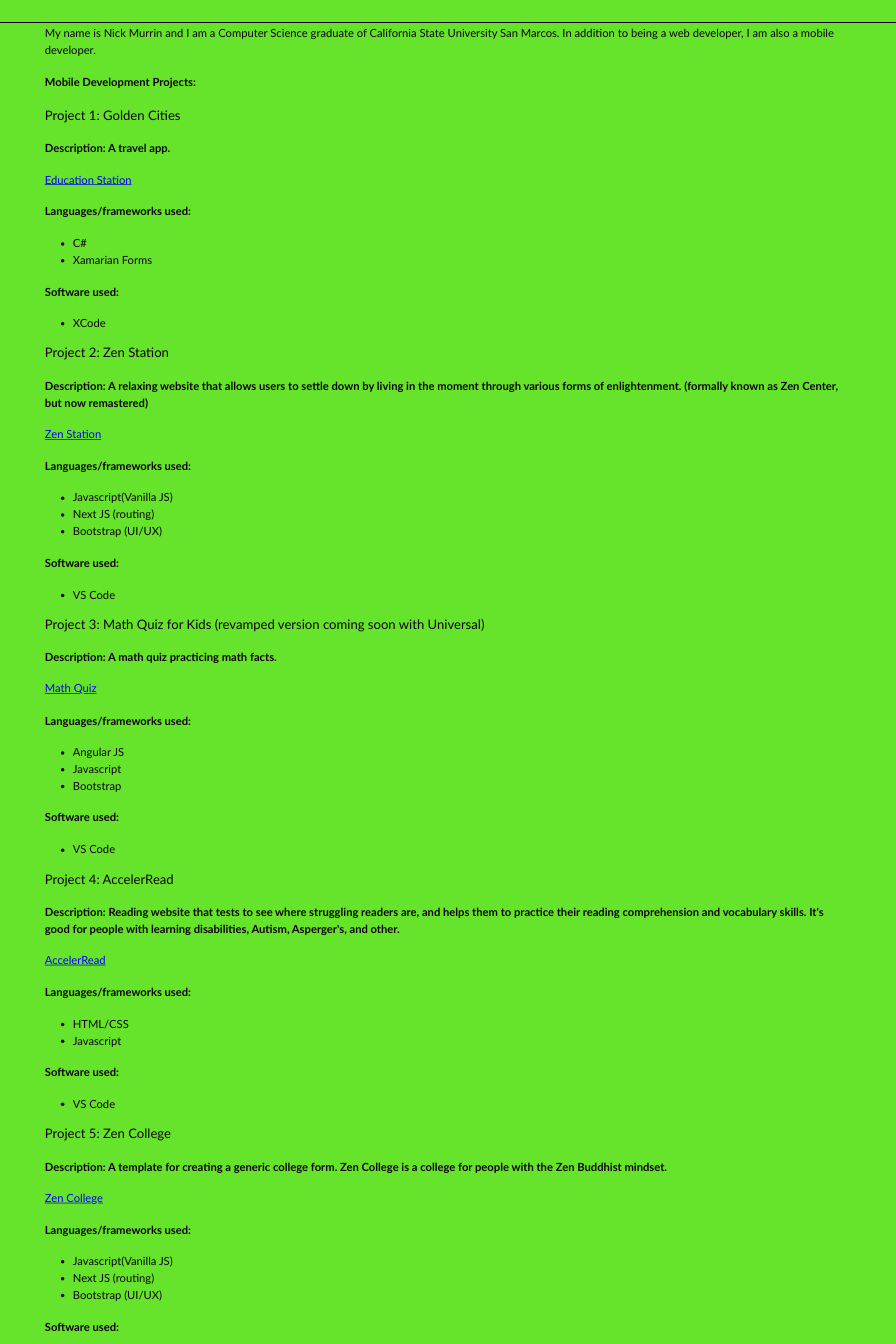
Repository: collegedude9300/modernport
Page: about.html
The author's editor kept a copy of each file at every save. The page is drawn from the files as they stood at one save, then again after the next save.
The browser window is 1280 px wide. The pictures show the part of the page from y = 333 to 2253 px (the page is 3248 px tall before and 3224 px after), at 70% of full size.

Above is the page before, as saved 2023-06-25 21:06:09.

After the next save:
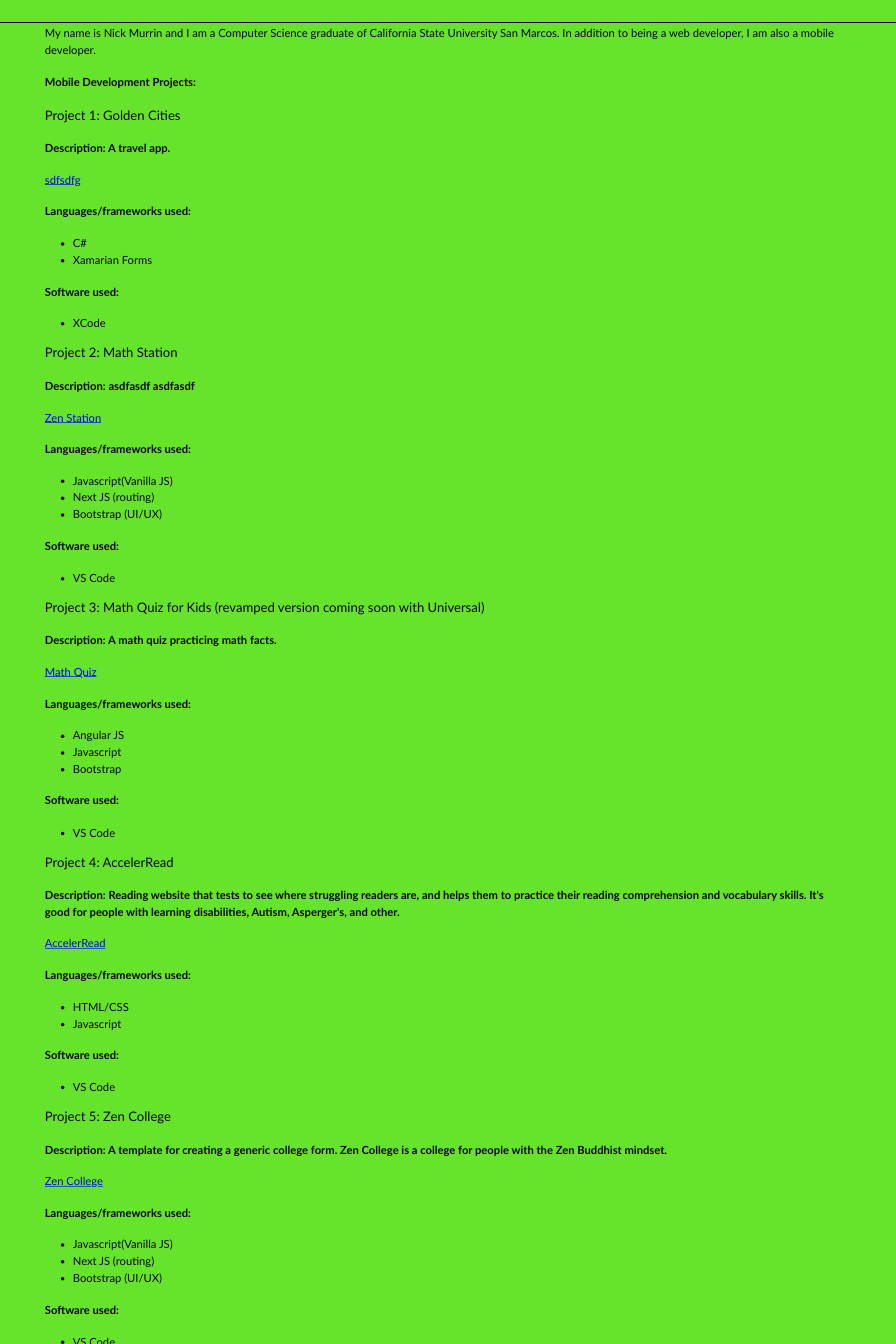
Saved 41 s later.
--- a/about.html
+++ b/about.html
@@ -58,7 +58,7 @@ About Me:
       <div class="project1">
         <h3>Project 1: Golden Cities </h3>
         <h4>Description: A travel app.</h4>
-        <a href="https://educationstation.vercel.app/ "/>Education Station </a>
+        <a href="https://educationstation.vercel.app/ "/>sdfsdfg </a>
 <h4> Languages/frameworks used: </h4>
 <ul>
   <li>C#</li>
@@ -70,9 +70,8 @@ About Me:
 </ul>
       </div>
       <div class="project2">
-        <h3>Project 2: Zen Station</h3>
-        <h4>Description: A relaxing website that allows users to settle down by living in the moment through various forms of enlightenment.
-          (formally known as Zen Center, but now remastered)</h4>
+        <h3>Project 2: Math Station</h3>
+        <h4>Description:  asdfasdf asdfasdf </h4>
         <a href="https://zenstationnext.vercel.app/"/> Zen Station </a>
 <h4> Languages/frameworks used: </h4>
 <ul>
